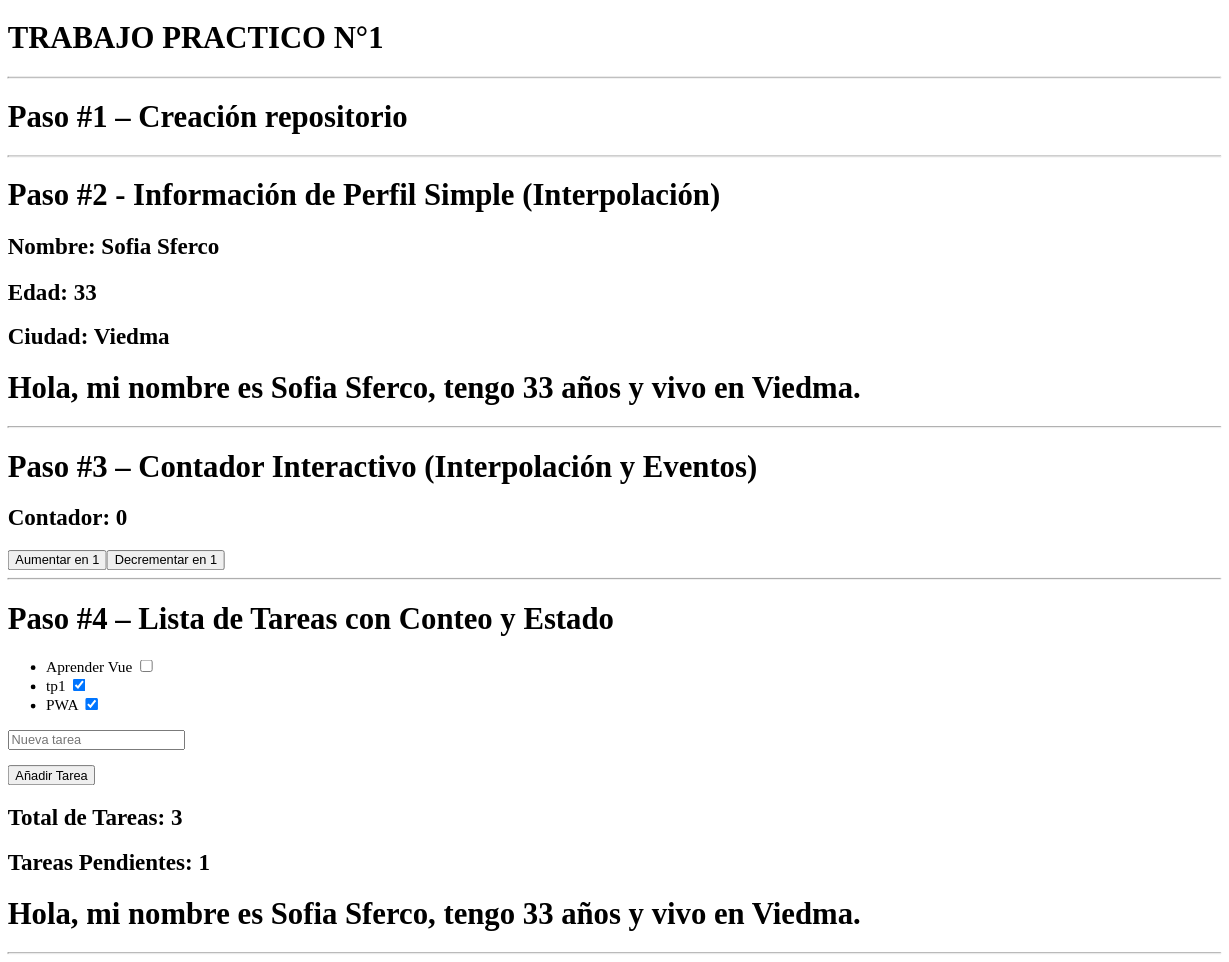
Repository: SofiaSferco/PWA-2026
Page: practico01/index.html
An editor plug-in stored every save of this project. The page is shown before and after a run of saves, followed by the edit.
The browser window is 1280 px wide. The pictures show the whole page, at 96% of full size.

Above is the page before, as saved 2026-09-10 02:11:39.

### practico01/index.html
<!DOCTYPE html>
<html lang="en">
<head>
    <meta charset="UTF-8">
    <title>Practico 01</title>
    <script src="https://cdn.jsdelivr.net/npm/vue/dist/vue.js"></script>
</head>
<body>
    <div id="app">
        <p>
            <h1>TRABAJO PRACTICO N°1</h1>
        </p>
        <hr>
        <h1>Paso #1 – Creación repositorio</h1>
        <hr>
        <h1>Paso #2 - Información de Perfil Simple (Interpolación)</h1>
        <h2>Nombre: {{nombre}}</h2>
        <h2>Edad: {{edad}}</h2>
        <h2>Ciudad: {{ciudad}}</h2>
        <h1>Hola, mi nombre es {{nombre}}, tengo {{edad}} años y vivo en {{ciudad}}.</h1>
        <hr>
        <h1>Paso #3 – Contador Interactivo (Interpolación y Eventos)</h1>
        <h2>Contador: {{contador}}</h2>
        <button @click="aumentar">Aumentar en 1</button><button v-on:click="decrementar">Decrementar en 1</button>
        <hr>
        <h1>Paso #4 – Lista de Tareas con Conteo y Estado</h1>
        <ul>
            <li v-for="tarea in tareas" :key="tarea.id">
                {{tarea.texto}} <input type="checkbox" v-model="tarea.completada">
            </li>
        </ul>
        <p>
            <input type="text" v-model="nuevaTarea" placeholder="Nueva tarea">
        </p>
        <button @click="agregarTarea">Añadir Tarea</button>
        <h2>Total de Tareas: {{totalTareas}}</h2>
        <h2>Tareas Pendientes: {{tareasPendientes.length}}</h2>
        <h1>Hola, mi nombre es {{nombre}}, tengo {{edad}} años y vivo en {{ciudad}}.</h1>
        <hr>
    </div>
    <script>
       var app= new Vue({
           el: '#app',
           data: {
               nombre: 'Sofia Sferco',
               edad: 33,
               ciudad: 'Viedma',
               contador: 0,
               nuevaTarea: '',
               tareas: [
                {
                id:1,
                texto: 'Aprender Vue',
                completada: false,
               },
                {
                id:2,
                texto: 'tp1',
                completada: true,
               },
               {
                id:3,
                texto: 'PWA',
                completada: true,
               },
            ]
           },
            methods: {
               aumentar: function() {
                    this.contador++;
               },
               decrementar: function() {
                    this.contador--;
               },
               agregarTarea: function () {
                this.tareas.push({
                    id:this.tareas.length + 1,
                    texto: this.nuevaTarea,
                    completada:false,
                    }
                )
                this.nuevaTarea = '';
            },
           },
           computed: {
            tareasPendientes: function() {
                        return this.tareas.filter(function(tarea){
                            return tarea.completada==false
                        }
                    )
                    },
            totalTareas: function() {
                    return this.tareas.length;
                    },

                }
            }
       )
    </script>
</body>
</html>

After the next 2 saves:
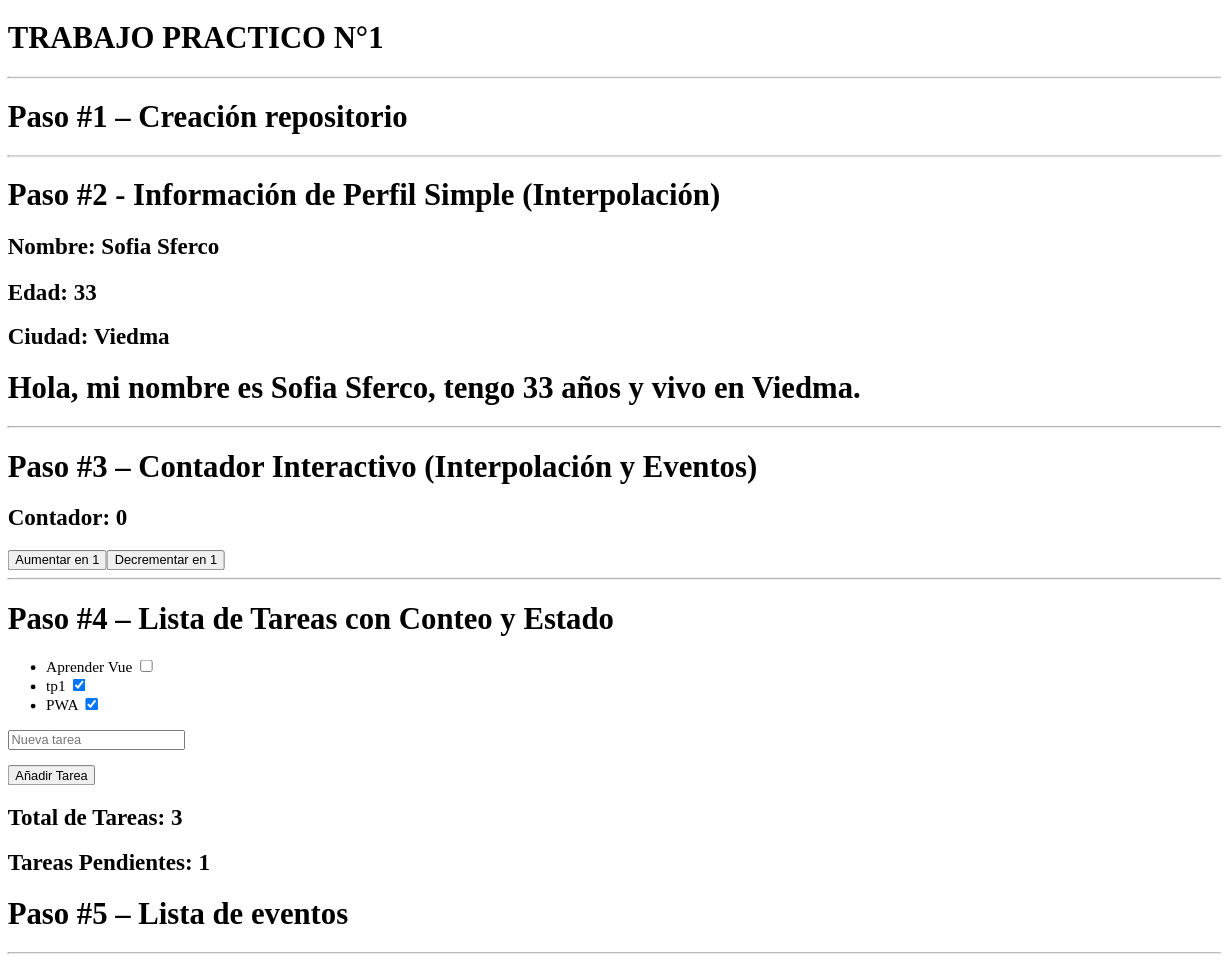
The 2 saves are shown as one change because they came seconds apart.
The last was saved 15 s later.
--- a/practico01/index.html
+++ b/practico01/index.html
@@ -35,7 +35,7 @@
         <button @click="agregarTarea">Añadir Tarea</button>
         <h2>Total de Tareas: {{totalTareas}}</h2>
         <h2>Tareas Pendientes: {{tareasPendientes.length}}</h2>
-        <h1>Hola, mi nombre es {{nombre}}, tengo {{edad}} años y vivo en {{ciudad}}.</h1>
+        <h1>Paso #5 – Lista de eventos</h1>
         <hr>
     </div>
     <script>
